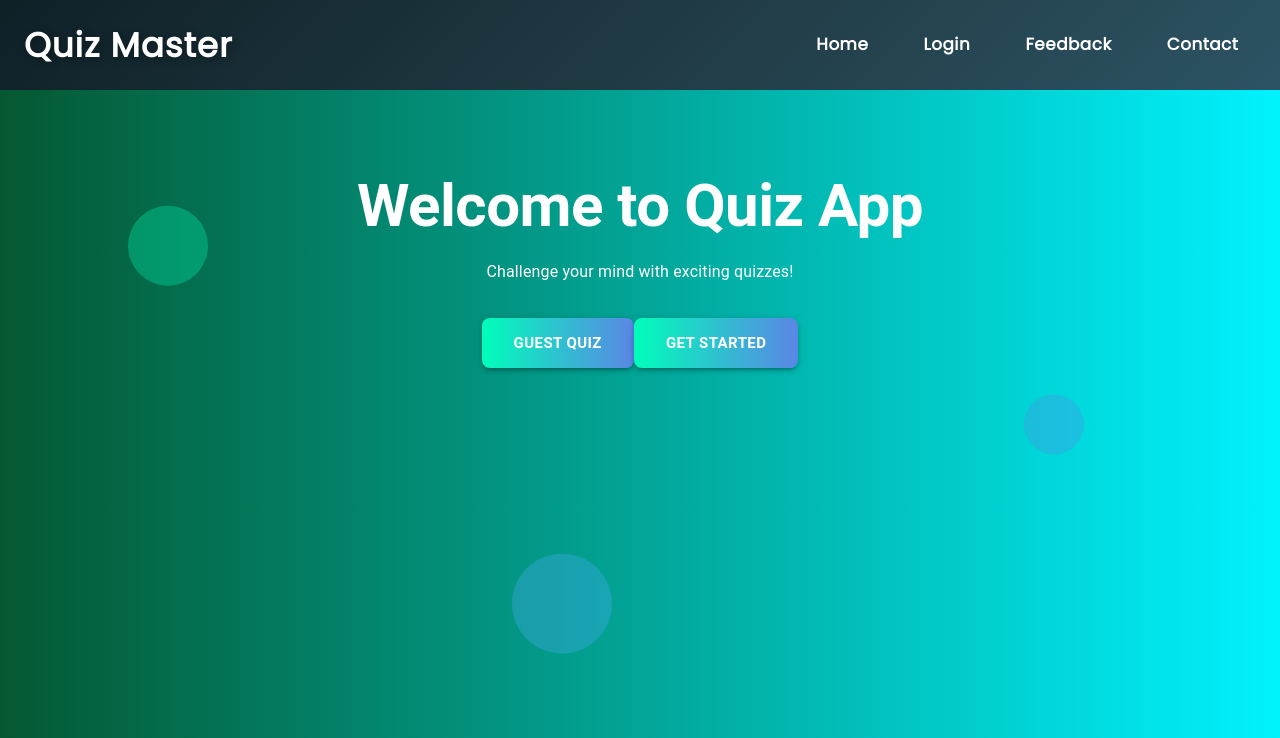
Repository: lalit9168/quizApp
Page: /home (app in frontend/)
The author's editor kept a copy of each file at every save. The page is drawn from the files as they stood at one save, then again after the next save.
The browser window is 1280 px wide. The pictures show the whole page.
The project was rebuilt for these pictures with package versions that can differ from the ones it lists, and the page was loaded fresh each time. Also part of the build but not shown: frontend/vite.config.js, frontend/src/index.css, frontend/src/Components/Login/Login.jsx, frontend/src/Components/PrivateRoute.jsx, frontend/src/Components/api.js, frontend/src/Components/Quiz/QuizPage.jsx, frontend/src/Components/Quiz/QuizDash.jsx, frontend/src/Components/Quiz/AttemptQuiz.jsx and 6 more.

Above is the page before, as saved 2025-06-09 11:32:21.

After the next save:
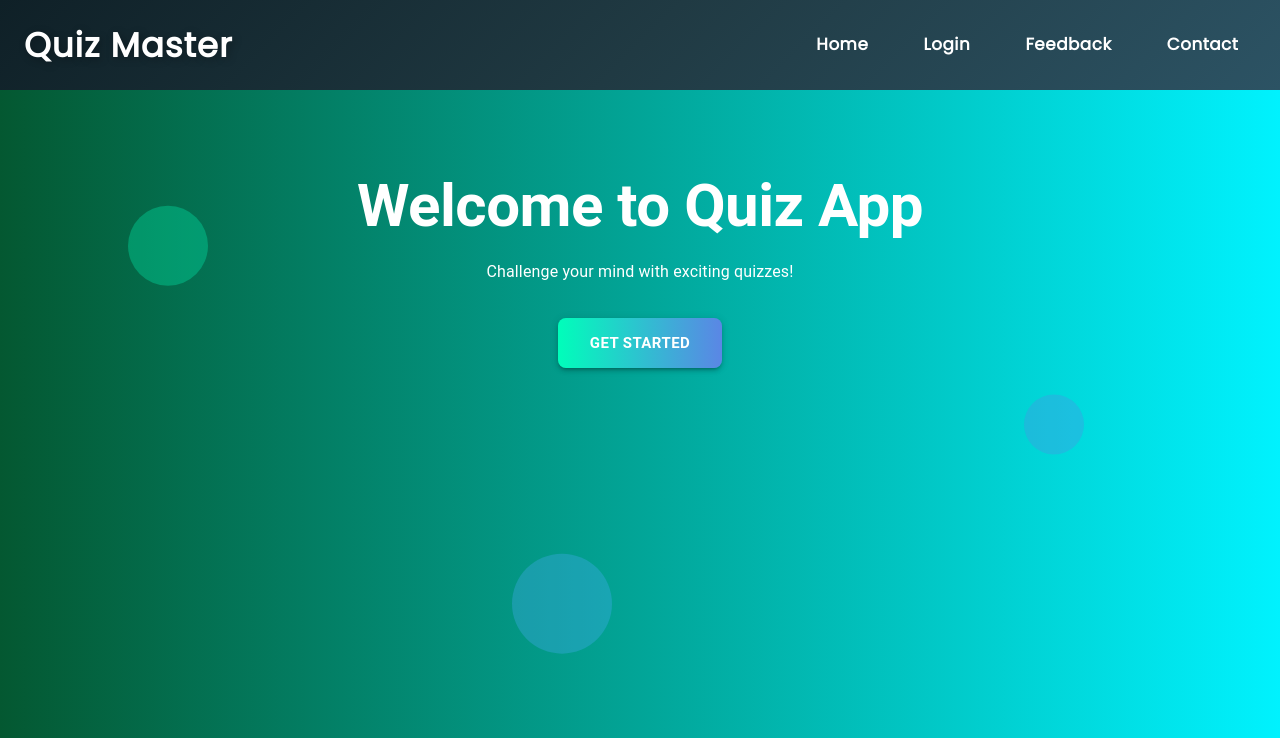
Saved 6 s later.
--- a/frontend/src/Components/LandingPage/Hero.jsx
+++ b/frontend/src/Components/LandingPage/Hero.jsx
@@ -71,29 +71,10 @@ const Hero = () => {
             }}
             onClick={() => setShowModal(true)}
           >
-            guest quiz
+            Get Started
           </Button>
 
-          <Button
-            variant="contained"
-            size="large"
-            sx={{
-              mt: 4,
-              px: 4,
-              py: 1.5,
-              fontWeight: "bold",
-              borderRadius: 2,
-              background: "linear-gradient(to right, #00feba, #5b86e5)",
-              boxShadow: 3,
-              color: "#fff",
-              ":hover": {
-                background: "linear-gradient(to right, #5b86e5,rgb(180, 196, 37))",
-              },
-            }}
-            onClick={() => setShowModal(true)}
-          >
-            Get Started
-          </Button>
+
         </Box>
       </Box>
 
